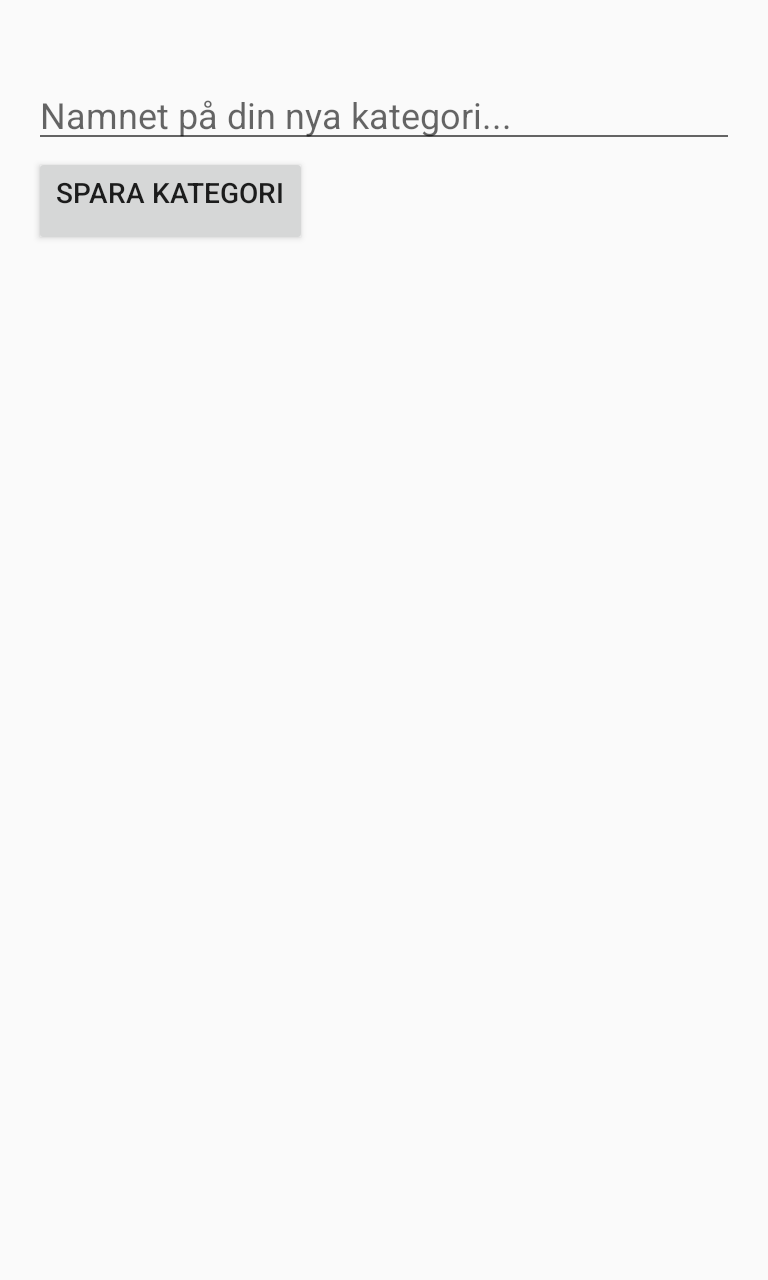
Repository: Dinova/Studiekoll
Layout: Studiekoll/Studiekoll/res/layout/fragment_category.xml
An editor plug-in stored every save of this project. The layout is shown before and after the next save, followed by the edit.
It is drawn on a 768 x 1280 px phone screen (xhdpi) without system bars, with theme AppTheme; the app's code is not run.

Above is the layout before, as saved 2014-05-19 10:47:21.

### Studiekoll/Studiekoll/res/layout/fragment_category.xml
<LinearLayout xmlns:android="http://schemas.android.com/apk/res/android"
    xmlns:tools="http://schemas.android.com/tools"
    android:layout_width="match_parent"
    android:layout_height="match_parent"
    android:orientation="vertical"
    android:paddingBottom="@dimen/activity_vertical_margin"
    android:paddingLeft="@dimen/activity_horizontal_margin"
    android:paddingRight="@dimen/activity_horizontal_margin"
    android:paddingTop="@dimen/activity_vertical_margin"
    tools:context="com.grupp8DAT255.studiekoll.CategoryActivity$PlaceholderFragment" >

    <TextView
        android:layout_width="wrap_content"
        android:layout_height="wrap_content"
        android:text="@string/category_help_message"
        android:textStyle="bold" />

    <EditText
        android:id="@+id/category_edit_text"
        android:layout_width="fill_parent"
        android:layout_height="wrap_content"
        android:hint="@string/category_hint" />

    <Button
        android:layout_width="wrap_content"
        android:layout_height="wrap_content"
        android:gravity="center_horizontal"
        android:text="@string/category_save_text"
        android:onClick="saveCategory" />"

</LinearLayout>

### Studiekoll/Studiekoll/res/values/strings.xml
<?xml version="1.0" encoding="utf-8"?>
<resources>

    <string name="app_name">Studiekoll</string>
    <string name="action_settings">Settings</string>
    <string name="edit_message">Insert number of hours</string>
    <string name="button_graphics">Graf</string>
    <string name="button_input">Inmatning</string>
    <string name="button_help">Hjälp</string>
    <string name="title_activity_help">Hjälp</string>
    <string name="help_text">        "Meny\n"
        "Här väljer du mellan tre funktioner enligt nedan\n\n"

        "Graf\n"
        "I denna vy kan du se dina studietimmar för vald period."
        "Använd dig av drop-down menyerna för att ställa in under"
        "vilken period du vill se studietimmarna redovisas."
        "Tryck sedan på "visa"-knappen för att visa antalet studietimmar.\n\n"

        "Inmatning\n"
        "Här matar du in den tid du lagt ned på dina studier. Du väljer"
        "timmar och minuter i snurran och datum med hjälp av drop-down"
        "menyerna. Tryck sedan på "lagra"-knappen för att spara inmatningen."
        "Det är möjligt att föra in tid flera gånger för samma datum.\n\n"

        "Hjälp\n"
        "Här får du som du ser hjälp att hantera appen."</string>
    <string name="title_activity_graph">Loggade timmar</string>
    <string name="message">Här ser du dina studietimmar för vald period</string>
    <string name="from_prompt">Från</string>
    <string name="to_prompt">Till</string>
    <string name="show_button_text">Visa</string>
    <string name="year_prompt">Välj år</string>
    <string name="month_prompt">Välj månad</string>
    <string name="day_prompt">Välj dag</string>
    <string name="title_activity_input">Inmatning</string>
    <string name="input_message">Här för du in studietid och datum</string>
    <string name="send_input_button">Lagra inmatad data</string>
    <string name="help_prompt">Behöver du hjälp?</string>
    <string name="ok_button_text">OK!</string>
    <string name="button_category">Kategorihantering</string>
    <string name="title_activity_category">Kategorihantering</string>
    <string name="category_help_message"></string>
    <string name="category_hint">Namnet på din nya kategori...</string>
    <string name="category_save_text">Spara kategori</string>
    <string name="category_prompt">Välj kategori</string>

</resources>

Loaded but not shown: Studiekoll/Studiekoll/res/values/styles.xml (common file); Studiekoll/Studiekoll/res/values-v11/styles.xml (common file); Studiekoll/Studiekoll/res/values-v14/styles.xml (common file); Studiekoll/Studiekoll/res/values/dimens.xml (common file); Studiekoll/Studiekoll/res/values-w820dp/dimens.xml (common file)

After the next save:
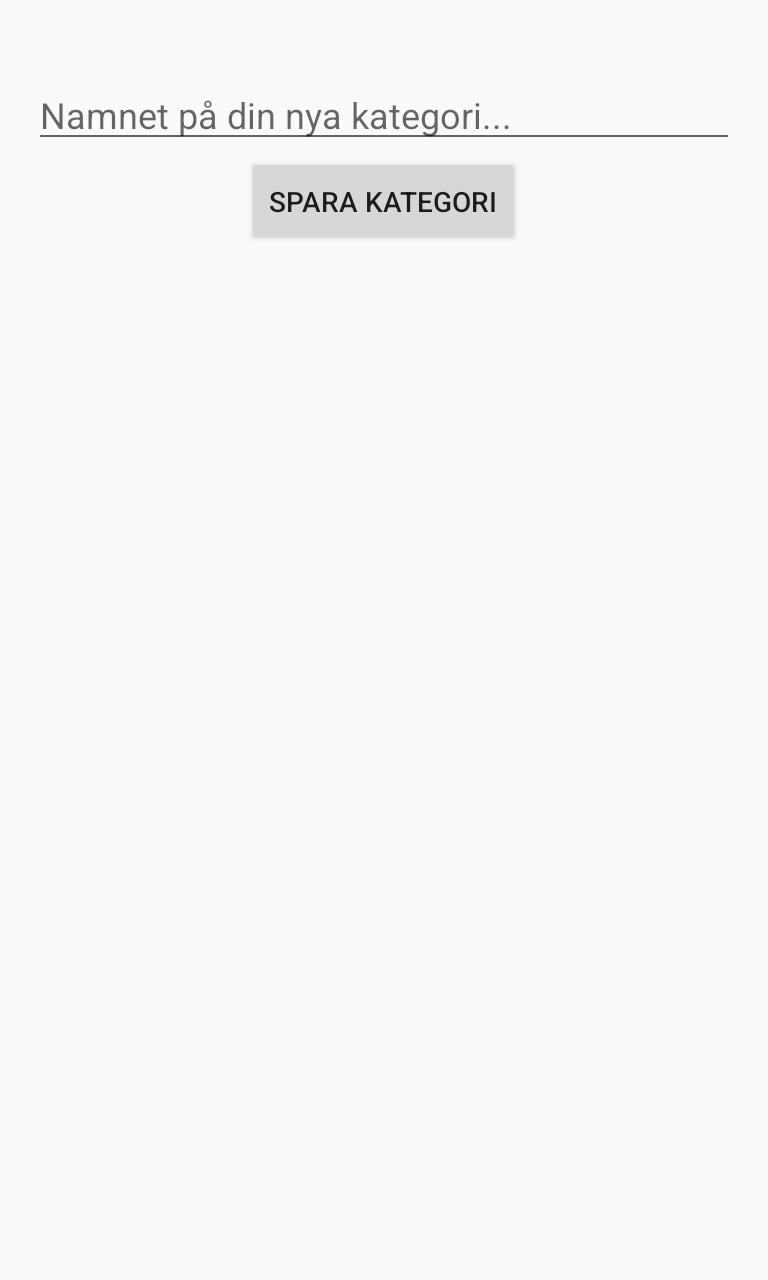
Saved 53 s later.
--- a/Studiekoll/Studiekoll/res/layout/fragment_category.xml
+++ b/Studiekoll/Studiekoll/res/layout/fragment_category.xml
@@ -24,7 +24,7 @@
     <Button
         android:layout_width="wrap_content"
         android:layout_height="wrap_content"
-        android:gravity="center_horizontal"
+        android:layout_gravity="center_horizontal"
         android:text="@string/category_save_text"
         android:onClick="saveCategory" />"
 
